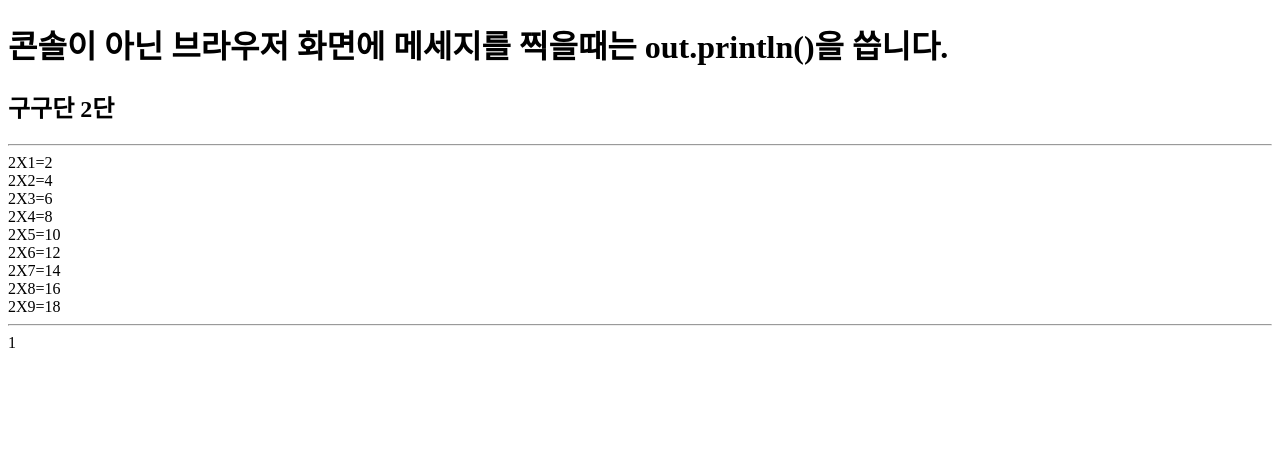
Repository: gowjd4419/jsp
Page: http://localhost/JSPBasic/jsptag/scriptlet.jsp
An editor plug-in stored every save of this project. The page is shown before and after the next save, followed by the edit.
The browser window is 1280 px wide. The pictures show the whole page.
The page is served by Tomcat 9.

Above is the page before, as saved 2022-03-22 11:43:23.

### JSPBasic/src/main/webapp/jsptag/scriptlet.jsp
<%@ page language="java" contentType="text/html; charset=UTF-8"
    pageEncoding="UTF-8"%>
<!DOCTYPE html>
<html>
<head>
<meta charset="UTF-8">
<title>Insert title here</title>
</head>
<body>
    <% System.out.println("<h1>콘솔에 메세지를 찍을때는 System.out.println()을 씁니다.</h1>");
    out.println("<h1>콘솔이 아닌 브라우저 화면에 메세지를 찍을때는 out.println()을 씁니다.</h1>");%>
    <h2>구구단 2단</h2><hr>
    <%
       // 구구단 2단을 브라우저에 출력하기
       for(int i = 1; i <=9; i++){
            out.println(2+"X"+i+"="+i*2+"<br>");
       }
     %>
     <hr>
     <!-- 반복문과 조건문을 이용하여 구구단 홀수단(3,5,7,9)을 화면에 출력해보기 -->
     <%
         for(int i = 1; i <=10; i++){
        	 if(i % 2==0){
        		 continue;
        	 }
        	 out.println(i+"<br");
         }
     %>

</body>
</html>

After the next save:
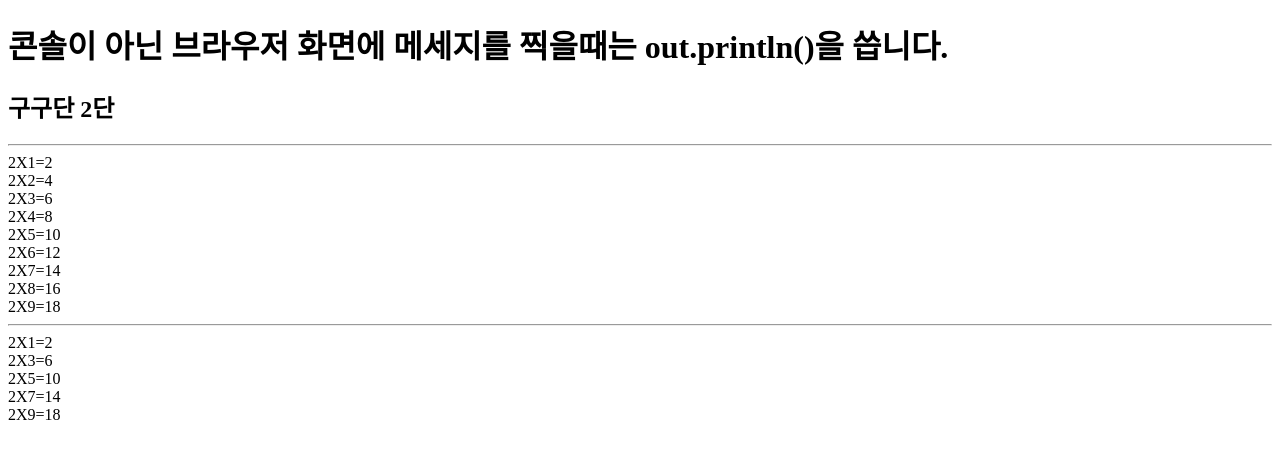
Saved 56 s later.
--- a/JSPBasic/src/main/webapp/jsptag/scriptlet.jsp
+++ b/JSPBasic/src/main/webapp/jsptag/scriptlet.jsp
@@ -23,7 +23,7 @@
         	 if(i % 2==0){
         		 continue;
         	 }
-        	 out.println(i+"<br");
+        	 out.println(2+"X"+i+"="+i*2+"<br>");
          }
      %>
 
